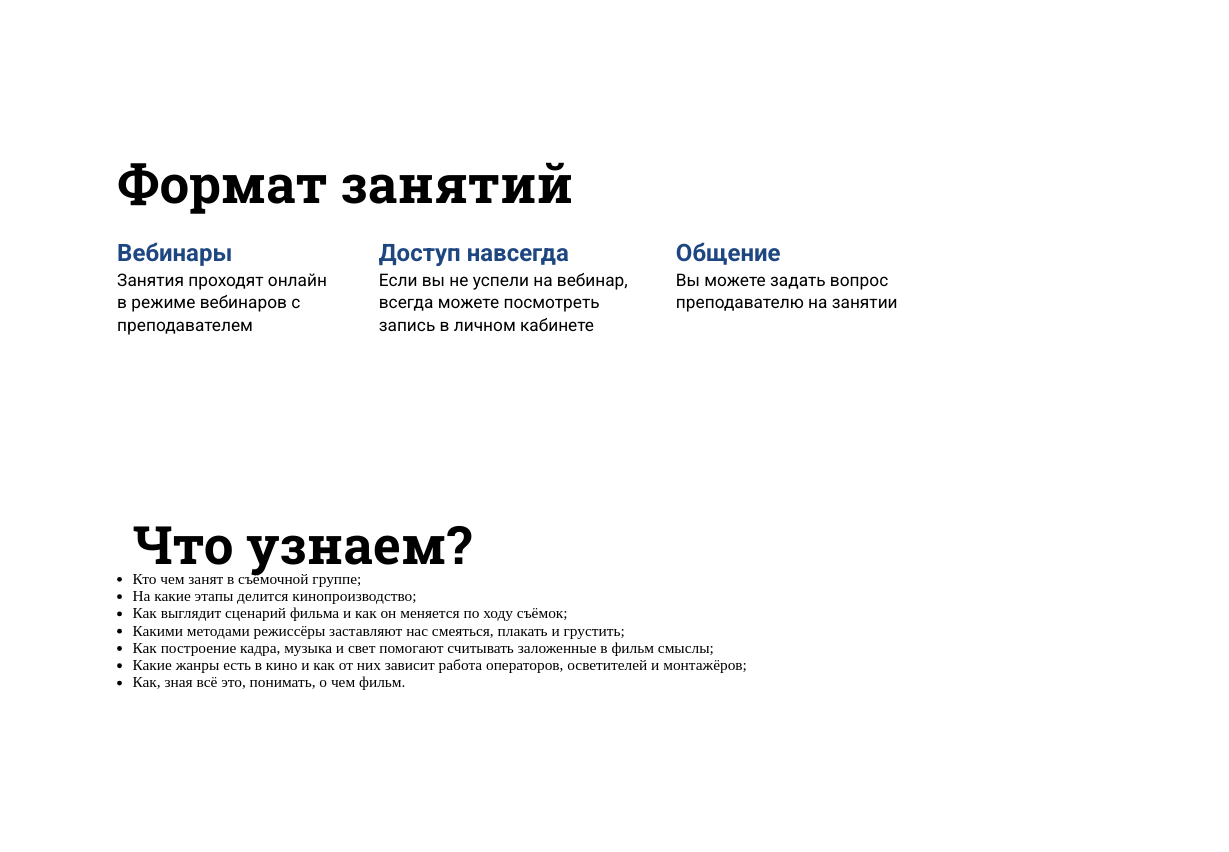
Repository: mirali879/previous-proj
Page: index.html
The author's editor kept a copy of each file at every save. The page is drawn from the files as they stood at one save, then again after the next save.
The browser window is 1280 px wide. The pictures show the whole page, at 96% of full size.

Above is the page before, as saved 2023-05-06 19:30:40.

### index.html
<!DOCTYPE html>
<html lang="en">
  <head>
    <meta charset="UTF-8" />
    <meta http-equiv="X-UA-Compatible" content="IE=edge" />
    <meta name="viewport" content="width=device-width, initial-scale=1.0" />
    <link rel="stylesheet" href="/style.css" />
    <title>Document</title>
  </head>
  <body>
    <div class="page-1">
      <h1>Формат занятий</h1>

      <ul>
        <li >
          <h3>Вебинары</h3>
          <span
            >Занятия проходят онлайн в режиме вебинаров с преподавателем</span
          >
        </li>
        <li >
          <h3>Доступ навсегда</h3>
          <span
            >Если вы не успели на вебинар, всегда можете посмотреть запись в
            личном кабинете</span
          >
        </li>
        <li >
          <h3>Общение</h3>
          <span>Вы можете задать вопрос преподавателю на занятии</span>
        </li>
      </ul>
    </div>

    <div class="page-2">
      <h1>Что узнаем?</h1>
        <ul >
          <li>Кто чем занят в съёмочной группе;</li>
          <li>На какие этапы делится кинопроизводство;</li>
          <li>
            Как выглядит сценарий фильма и как он меняется по ходу съёмок;
          </li>
          <li>
            Какими методами режиссёры заставляют нас смеяться, плакать и
            грустить;
          </li>
          <li>
            Как построение кадра, музыка и свет помогают считывать заложенные в
            фильм смыслы;
          </li>
          <li>
            Какие жанры есть в кино и как от них зависит работа операторов,
            осветителей и монтажёров;
          </li>
          <li>Как, зная всё это, понимать, о чем фильм.</li>
        </ul>
    </div>

    <!-- <div class="container2">
        <h1>Программа курса</h1>
        <div class="box-row">
            <div class="box">
                <img src="/images/pic-1.png" alt="">
                <h3>1. Как создают кино</h3>
                <div class="div">
                    8 сентября 20:00 Данила Кузнецов
                </div>
            </div>

            <div class="box">
                <img src="/images/pic-1.png" alt="">
                <h3>1. Как создают кино</h3>
                <div class="div">
                    8 сентября 20:00 Данила Кузнецов
                </div>
            </div>

            <div class="box">
                <img src="/images/pic-1.png" alt="">
                <h3>1. Как создают кино</h3>
                <div class="div">
                    8 сентября 20:00 Данила Кузнецов
                </div>
            </div>

            <div class="box">
                <img src="/images/pic-1.png" alt="">
                <h3>1. Как создают кино</h3>
                <div class="div">
                    8 сентября 20:00 Данила Кузнецов
                </div>
            </div>

            <div class="box">
                <img src="/images/pic-1.png" alt="">
                <h3>1. Как создают кино</h3>
                <div class="div">
                    8 сентября 20:00 Данила Кузнецов
                </div>
            </div>

            <div class="box">
                <img src="/images/pic-1.png" alt="">
                <h3>1. Как создают кино</h3>
                <div class="div">
                    8 сентября 20:00 Данила Кузнецов
                </div>
            </div>

            <div class="box">
                <img src="/images/pic-1.png" alt="">
                <h3>1. Как создают кино</h3>
                <div class="div">
                    8 сентября 20:00 Данила Кузнецов
                </div>
            </div>

            <div class="box">
                <img src="/images/pic-1.png" alt="">
                <h3>1. Как создают кино</h3>
                <div class="div">
                    8 сентября 20:00 Данила Кузнецов
                </div>
            </div>
        </div>
    </div> -->
  </body>
</html>

### style.css
@import url("https://fonts.googleapis.com/css2?family=Roboto+Slab:wght@700&family=Roboto:wght@400;700&display=swap");
@import url('https://fonts.googleapis.com/css2?family=Roboto+Slab:wght@700&family=Roboto:wght@400;700&display=swap');

* {
  margin: 0;
  padding: 0;
}

.page-1 {
  padding: 162px 344px 188px 122px;
}
.page-1 h1 {
  font-family: "Roboto Slab";
  font-style: normal;
  font-weight: 700;
  font-size: 55px;
  line-height: 101.38%;
}
.page-1 ul {
  margin-top: 30px;
  display: flex;
  justify-content: space-between;
}
.page-1 li {
  list-style-type: none;
}
.page-1 li:nth-child(1) {
  width: 223px;
}
.page-1 li:nth-child(2) {
  width: 260px;
}
.page-1 li:nth-child(3) {
  width: 232px;
}
.page-1 ul li h3 {
  font-family: "Roboto";
  font-style: normal;
  font-weight: 700;
  font-size: 25px;
  line-height: 130%;
  color: #1e4681;
}
.page-1 ul li span {
  font-family: "Roboto";
  font-style: normal;
  font-weight: 400;
  font-size: 18px;
  line-height: 130%;
  color: #000000;
}

.page-2{
padding-left: 138px;
padding-bottom: 168px;
}
.page-2 h1{
  font-family: 'Roboto Slab';
font-style: normal;
font-weight: 700;
font-size: 55px;
line-height: 101.38%;
color: #000000;
}

.page-2

After the next save:
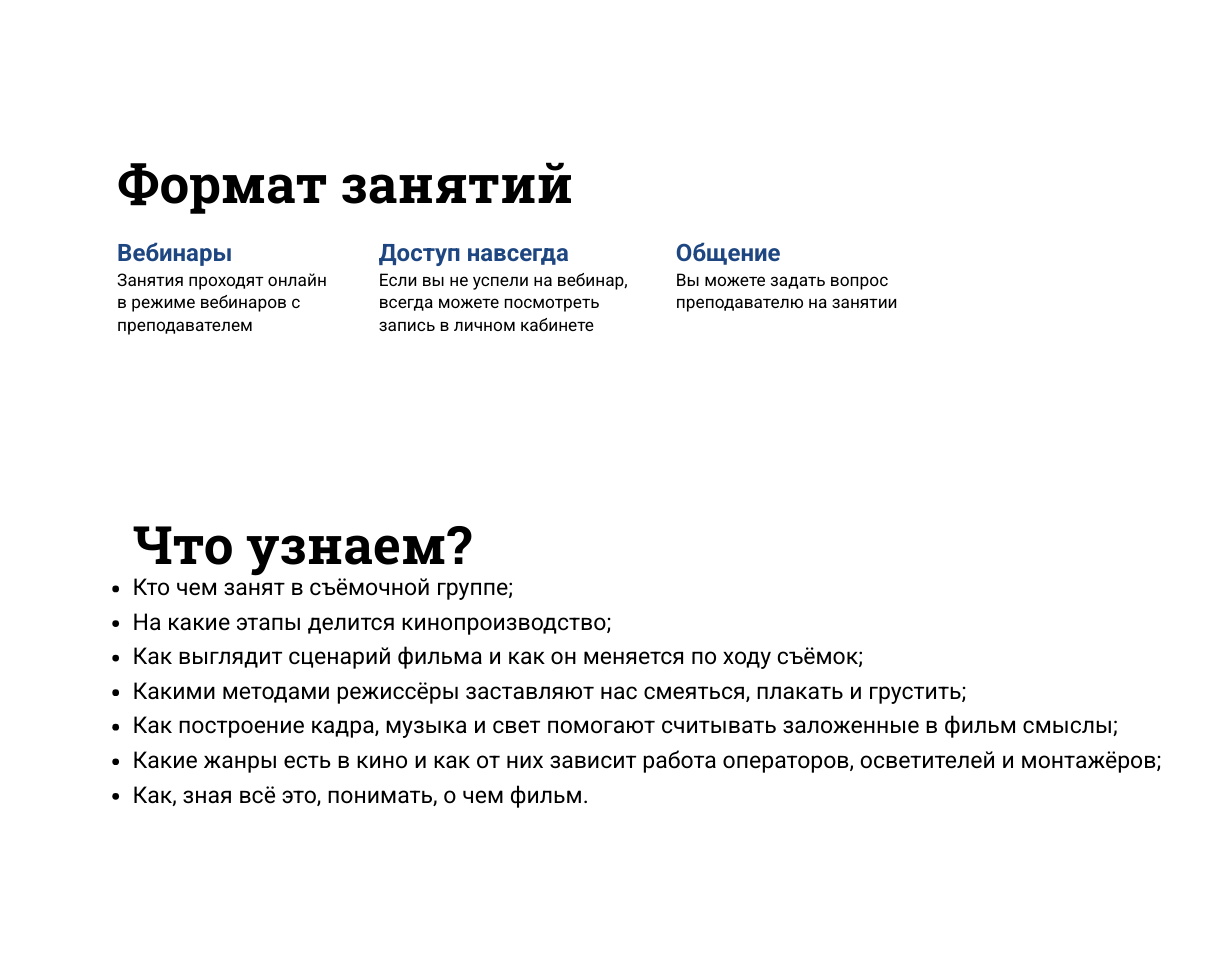
Saved 4 s later.
--- a/style.css
+++ b/style.css
@@ -63,4 +63,10 @@ line-height: 101.38%;
 color: #000000;
 }
 
-.page-2
+.page-2 ul li {
+  font-family: 'Roboto';
+font-style: normal;
+font-weight: 400;
+font-size: 24px;
+line-height: 150%;
+}
